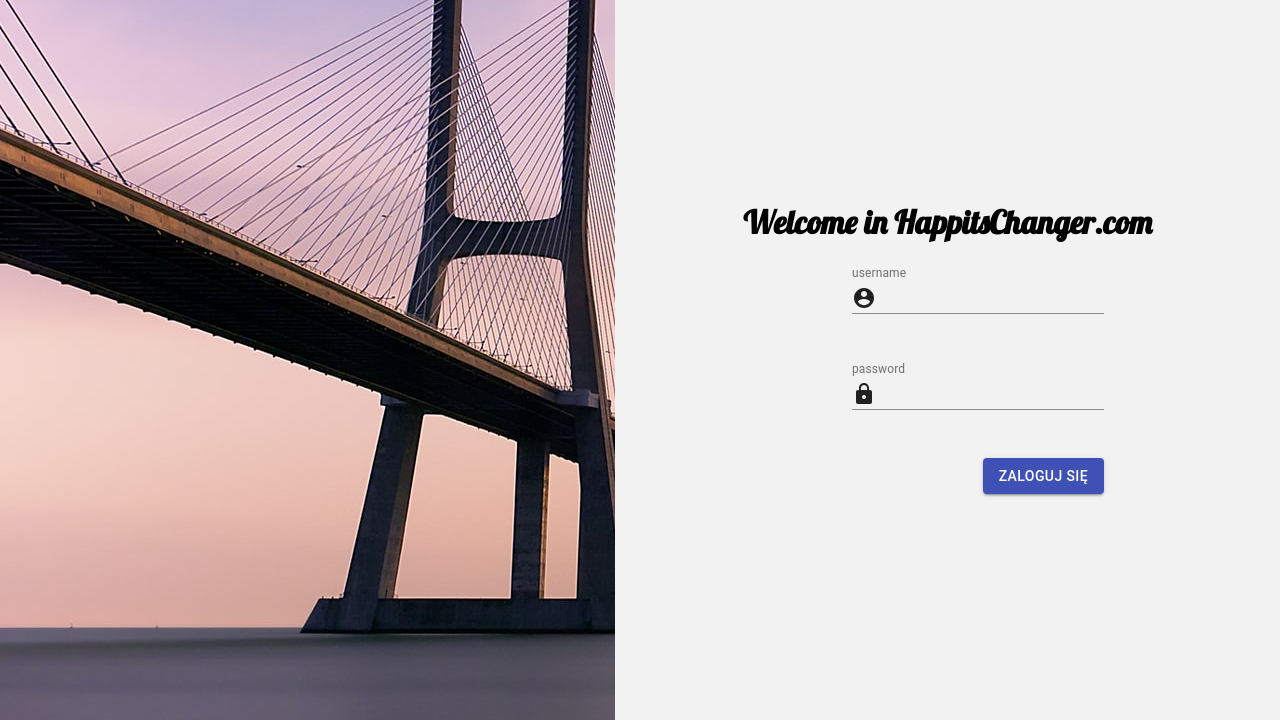
Repository: pgruca96/HappitsChanger
Page: /
These files come from the project's save history. The page is drawn as it stood at one moment and after the next save; the edit follows.
The browser window is 1280 px wide. The pictures show the whole page.
The project was rebuilt for these pictures with package versions that can differ from the ones it lists, and the page was loaded fresh each time.

Above is the page before, as saved 2020-10-24 01:36:54.

### public/index.html
<!DOCTYPE html>
<html lang="en">

<head>
  <meta charset="utf-8" />
  <link rel="icon" href="%PUBLIC_URL%/favicon.ico" />
  <meta name="viewport" content="width=device-width, initial-scale=1" />
  <meta name="theme-color" content="#000000" />
  <meta name="description" content="Web site created using create-react-app" />
  <link href="https://fonts.googleapis.com/css?family=Lobster" rel="stylesheet" type="text/css">
  <link rel="apple-touch-icon" href="%PUBLIC_URL%/logo192.png" />
  <!--
      manifest.json provides metadata used when your web app is installed on a
      user's mobile device or desktop. See https://developers.google.com/web/fundamentals/web-app-manifest/
    -->
  <link rel="manifest" href="%PUBLIC_URL%/manifest.json" />
  <!--
      Notice the use of %PUBLIC_URL% in the tags above.
      It will be replaced with the URL of the `public` folder during the build.
      Only files inside the `public` folder can be referenced from the HTML.

      Unlike "/favicon.ico" or "favicon.ico", "%PUBLIC_URL%/favicon.ico" will
      work correctly both with client-side routing and a non-root public URL.
      Learn how to configure a non-root public URL by running `npm run build`.
    -->
  <title>React App</title>
</head>

<body>
  <noscript>You need to enable JavaScript to run this app.</noscript>
  <div id="root"></div>
  <!--
      This HTML file is a template.
      If you open it directly in the browser, you will see an empty page.

      You can add webfonts, meta tags, or analytics to this file.
      The build step will place the bundled scripts into the <body> tag.

      To begin the development, run `npm start` or `yarn start`.
      To create a production bundle, use `npm run build` or `yarn build`.
    -->
</body>

</html>

### src/App.js
import "./App.css";
import { BrowserRouter as Router, Route } from "react-router-dom";
import LoginPage from "./containers/loginPage";

const App = () => {
  return (
    <div className="app">
      <Router>
        <Route path="/" exact component={LoginPage} />
      </Router>
    </div>
  );
};

export default App;

### src/App.css
*,
*::before,
*::after {
  margin: 0;
  padding: 0;
  box-sizing: border-box;
}

.app {
  min-width: 100vw;
  min-height: 100vh;
}

### src/containers/loginPage/index.js
import React from "react";
import LoginForm from "../../components/form/index";
import { LoginPageContainer } from "../../styles/LoginPage";

const LoginPage = () => {
  return (
    <LoginPageContainer>
      <LoginForm />
    </LoginPageContainer>
  );
};

export default LoginPage;

### src/components/form/index.js
import React from "react";
import TextField from "@material-ui/core/TextField";
import InputAdornment from "@material-ui/core/InputAdornment";
import AccountCircle from "@material-ui/icons/AccountCircle";
import LockIcon from "@material-ui/icons/Lock";
import Button from "@material-ui/core/Button";
import { useStyles } from "../../styles/Form";
import { Header } from "../../styles/h2";

const LoginForm = () => {
  const { form, margin } = useStyles();
  return (
    <>
      <form className={form}>
        <Header>Welcome in HappitsChanger.com</Header>
        <TextField
          className={margin}
          id="username"
          label="username"
          placement="top"
          InputProps={{
            startAdornment: (
              <InputAdornment position="start">
                <AccountCircle />
              </InputAdornment>
            ),
          }}
        />
        <TextField
          className={margin}
          id="password"
          label="password"
          InputProps={{
            startAdornment: (
              <InputAdornment position="start">
                <LockIcon />
              </InputAdornment>
            ),
          }}
        />
        <Button variant="contained" color="primary" className={margin}>
          Zaloguj się
        </Button>
      </form>
    </>
  );
};

export default LoginForm;

### src/styles/LoginPage.js
import styled from "styled-components";
import background from "../assets/login-background.jpg";

export const LoginPageContainer = styled.div`
  display: flex;
  justify-content: flex-end;
  background: url(${background}) left;
  width: 100vw;
  height: 100vh;
`;

### src/styles/Form.js
import { makeStyles } from "@material-ui/core/styles";

export const useStyles = makeStyles((theme) => ({
  form: {
    background: "#f2f2f2",
    display: "flex",
    flexDirection: "column",
    justifyContent: "center",
    alignItems: "flex-end",
    padding: "0 10%",
    // height: "200px",
  },
  margin: {
    margin: theme.spacing(3, 6),
  },
}));

### src/styles/h2.js
import styled from "styled-components";

export const Header = styled.h2`
  font-family: Lobster, open-sans;
  font-size: 2rem;
`;

Loaded but not shown: src/index.js (common file); src/index.css (common file); src/reportWebVitals.js (common file)

After the next save:
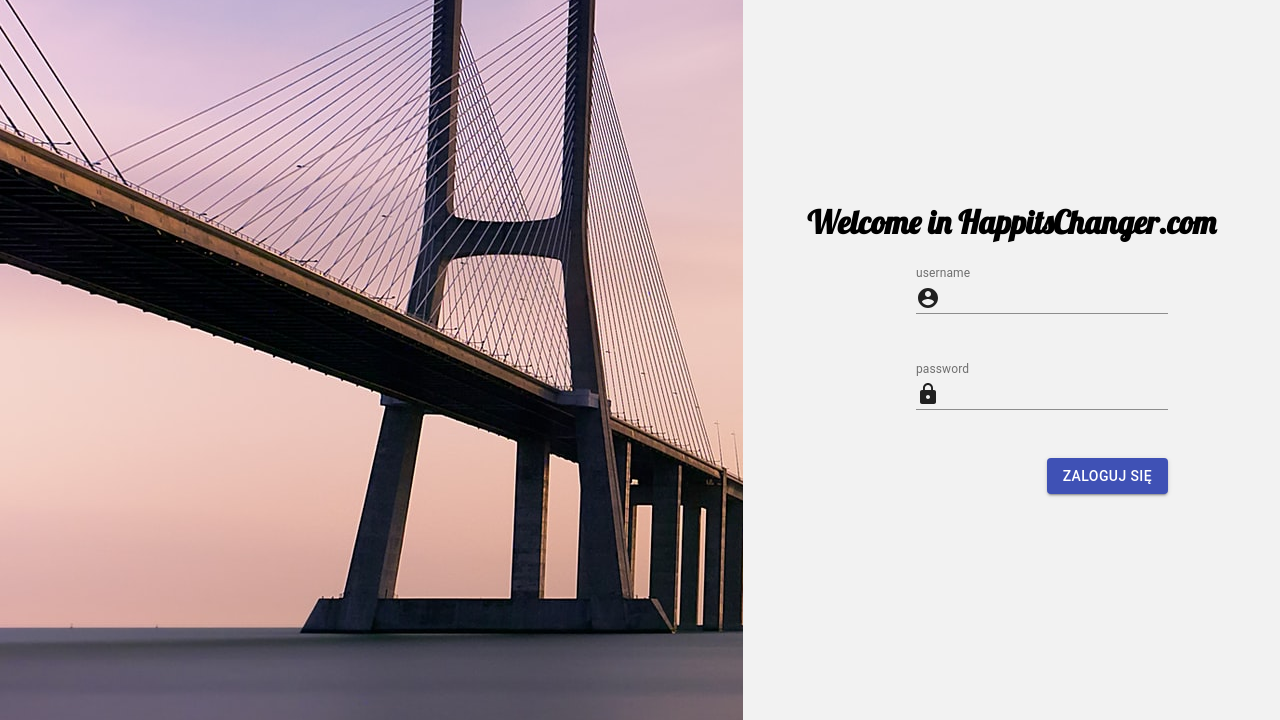
Saved 7 s later.
--- a/src/styles/Form.js
+++ b/src/styles/Form.js
@@ -7,7 +7,7 @@
     flexDirection: "column",
     justifyContent: "center",
     alignItems: "flex-end",
-    padding: "0 10%",
+    padding: "0 5%",
     // height: "200px",
   },
   margin: {
